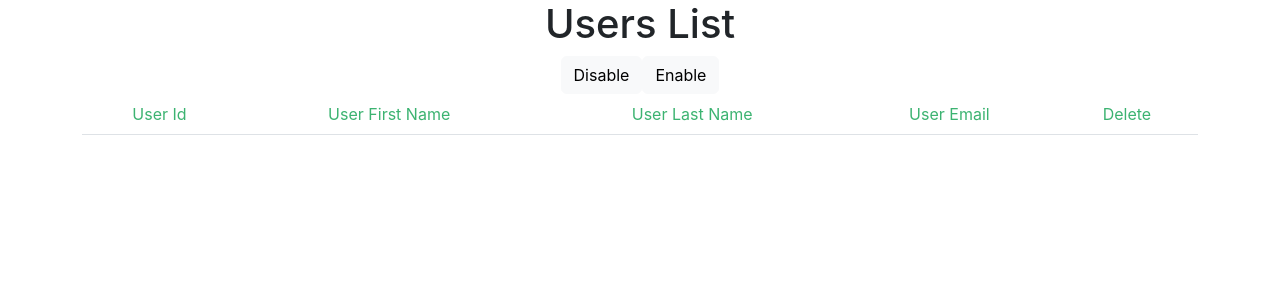
Repository: zerokrezan/SpringBootReactJSProjectFrontEndPartExample
Page: /users
These files come from the project's save history. The page is drawn as it stood at one moment and after the next save; the edit follows.
The browser window is 1280 px wide. The pictures show the whole page.
The page's requests for data from a server got no answer. The project was rebuilt for these pictures with package versions that can differ from the ones it lists, and the page was loaded fresh each time. No one was signed in, and anything a server would have sent is missing. Also part of the build but not shown: src/components/UserCreationComponent.js.

Above is the page before, as saved 2023-04-15 10:40:31.

After the next save:
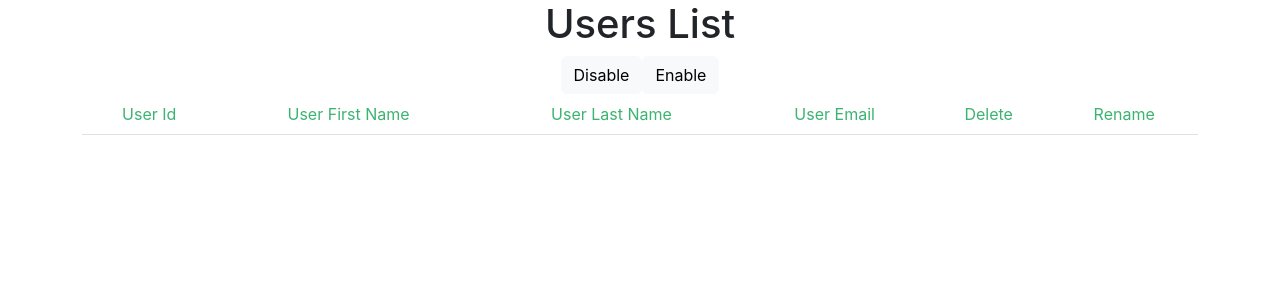
Saved 4 min 42 s later.
--- a/src/components/UserViewComponent.js
+++ b/src/components/UserViewComponent.js
@@ -73,6 +73,8 @@ class UserViewComponent extends React.Component {
                             <td>User Last Name</td>
                             <td>User Email</td>
                             <td>Delete</td>
+                            <td>Rename</td>
+
                         </tr>
                     </thead>
                     <tbody>
